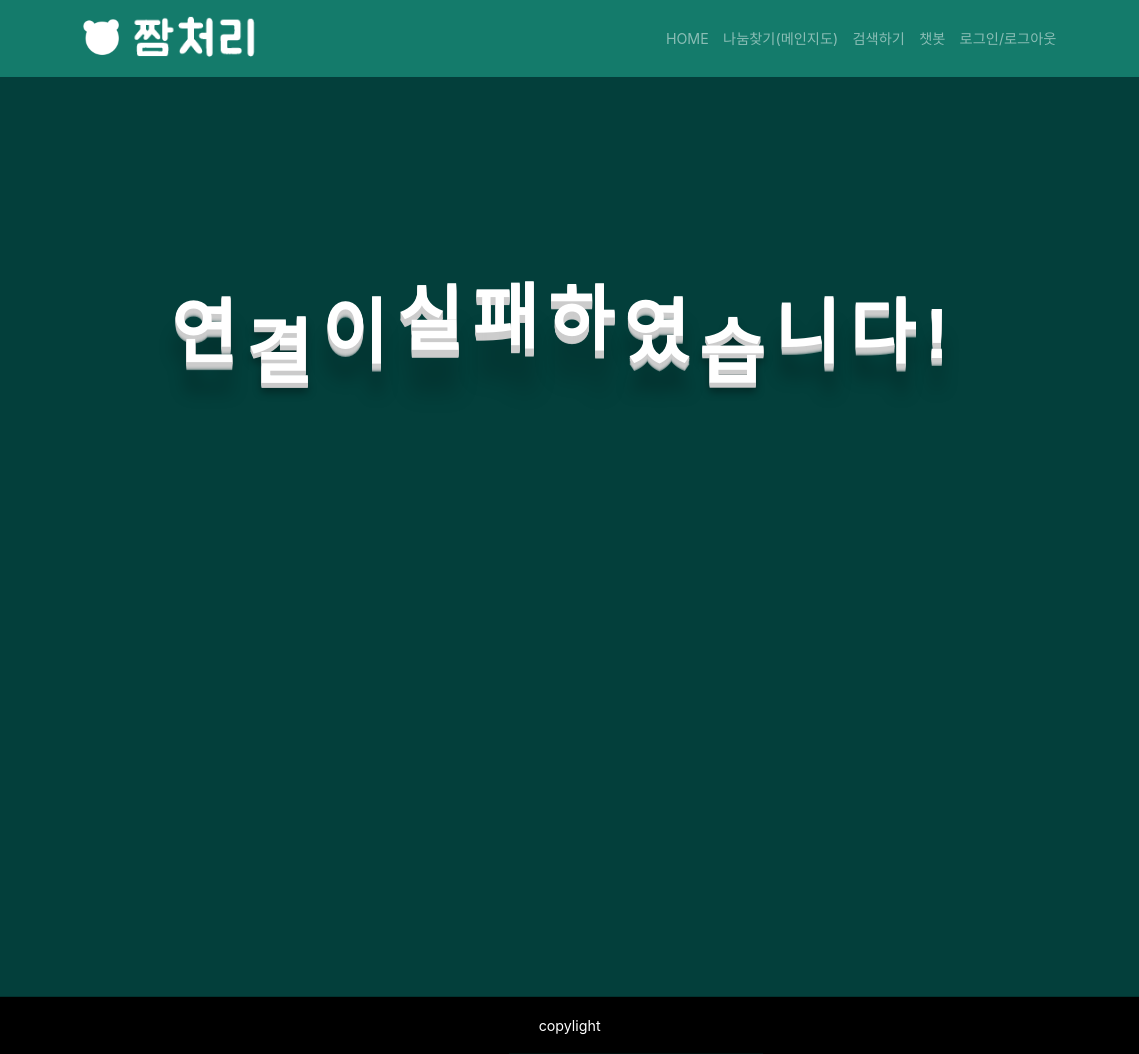
Repository: navang/JJAM_project
Page: http://localhost/jjam/jjam_7_result_fail.jsp
The author's editor kept a copy of each file at every save. The page is drawn from the files as they stood at one save, then again after the next save.
The browser window is 1280 px wide. The pictures show the whole page, at 89% of full size.
Some web fonts or font styles are not loaded; a fallback is used. Some web libraries are served in a nearby version. The page is served by Tomcat 9. Nobody is signed in. The application's start-up code is not run.

Above is the page before, as saved 2019-07-18 03:07:03.

After the next save:
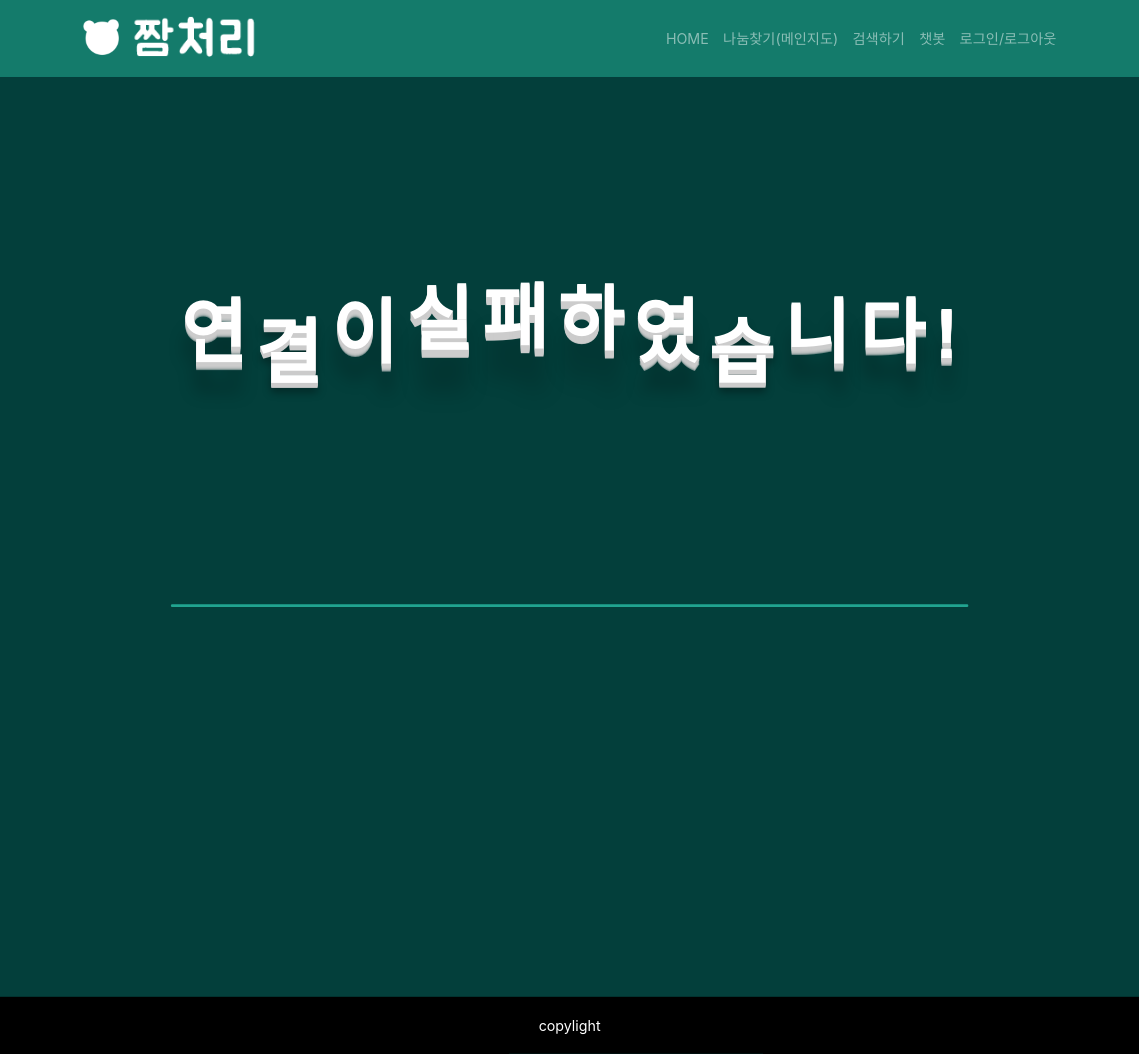
Saved 34 s later.
--- a/jjam/src/main/webapp/resources/style/main.css
+++ b/jjam/src/main/webapp/resources/style/main.css
@@ -63,16 +63,17 @@ body{
     text-align: center;
     color: #fff;
 }
-.color-connection_fail{
+.result-form-item{
 	display:grid;
 	  text-align:center;
 	  grid-template-columns:100%;
 }
-
+.result-form-item-line{
 	 background: #21a490;
 	 margin-top:100px;
 	  border-radius: 50px;
 	  height:3px;
+}
 .red {
     background: #fcc;
     border: #eaa solid 4px;
